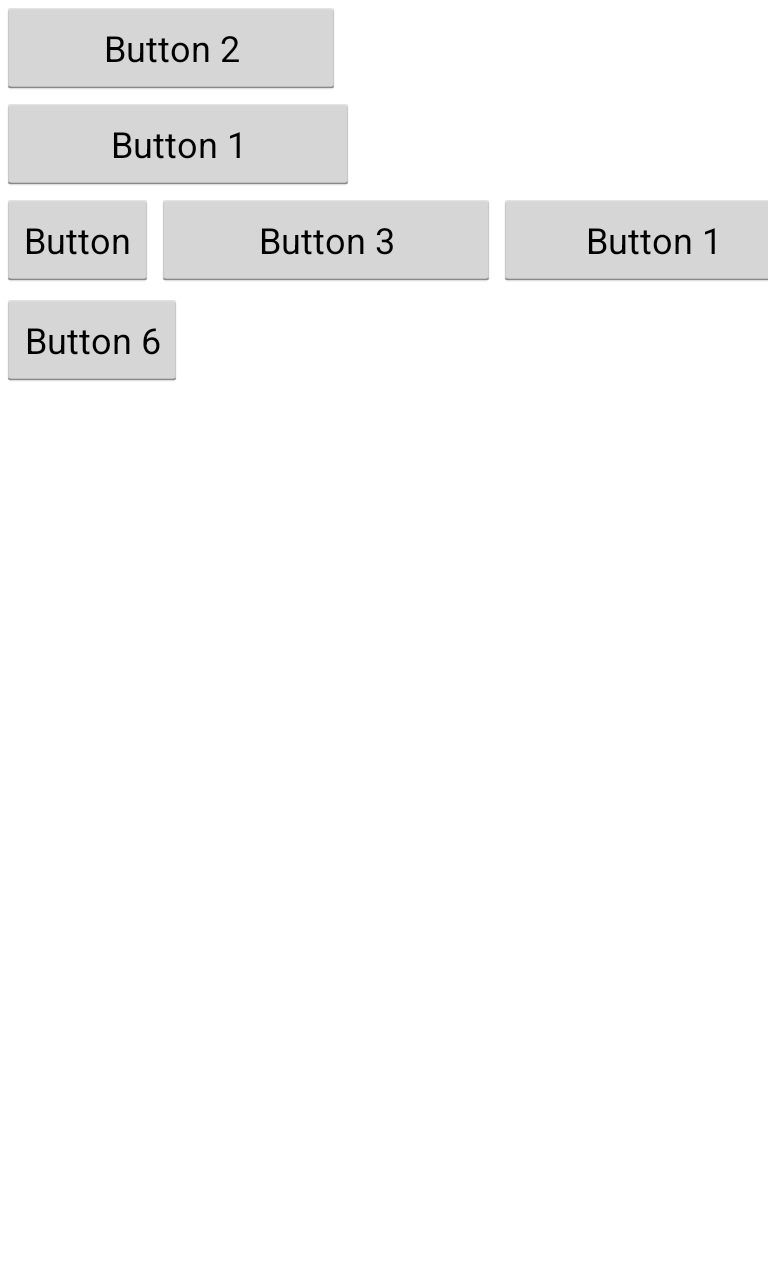
Repository: Lijianhao1995/Android
Layout: ActivityTest/res/layout/first_layout.xml
An editor plug-in stored every save of this project. The layout is shown before and after the next save, followed by the edit.
It is drawn on a 768 x 1280 px phone screen (xhdpi) without system bars, with theme AppTheme; the app's code is not run.

Above is the layout before, as saved 2015-04-26 08:06:55.

After the next save:
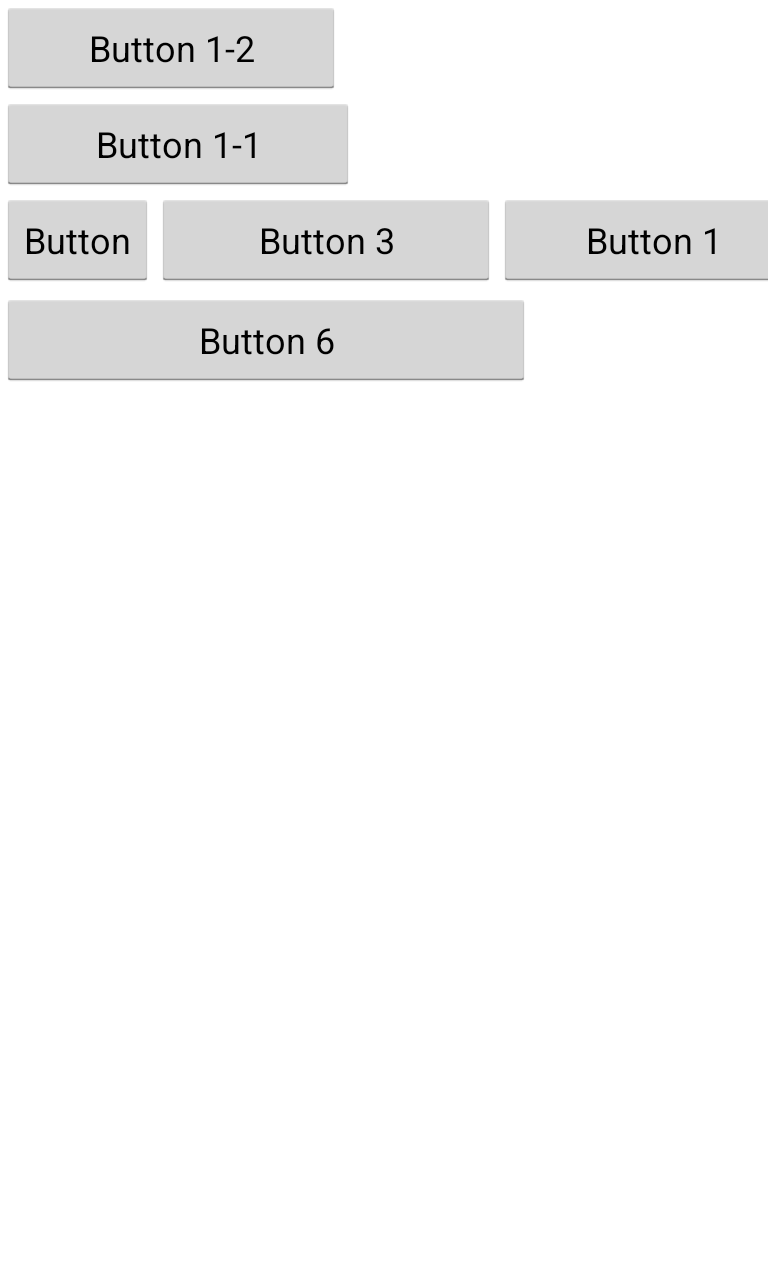
Saved 2 min 26 s later.
--- a/ActivityTest/res/layout/first_layout.xml
+++ b/ActivityTest/res/layout/first_layout.xml
@@ -7,22 +7,22 @@
     tools:context=".FirstActivity" >
 
     <Button
-        android:id="@+id/button_2"
+        android:id="@+id/button_1"
         android:layout_width="171dp"
         android:layout_height="wrap_content"
-        android:text="Button 2" />
+        android:text="Button 1-2" />
 
     <Button
-        android:id="@+id/button_1"
+        android:id="@+id/button_20"
         android:layout_width="178dp"
         android:layout_height="wrap_content"
-        android:text="Button 1" />
+        android:text="Button 1-1" />
 
     <LinearLayout
-    	android:layout_width="match_parent"
-    	android:layout_height="50dp"
-    	android:orientation="horizontal"
-    	tools:context=".FirstActivity" >
+        android:layout_width="match_parent"
+        android:layout_height="50dp"
+        android:orientation="horizontal"
+        tools:context=".FirstActivity" >
 
         <Button
             android:id="@+id/button1"
@@ -30,30 +30,28 @@
             android:layout_height="wrap_content"
             android:text="Button" />
 
-    	<Button
-        	android:id="@+id/button_3"
-       		android:layout_width="171dp"
-        	android:layout_height="wrap_content"
-        	android:text="Button 3" />
+        <Button
+            android:id="@+id/button_3"
+            android:layout_width="171dp"
+            android:layout_height="wrap_content"
+            android:text="Button 3" />
 
-   		<Button
-        	android:id="@+id/button_4"
-        	android:layout_width="156dp"
-        	android:layout_height="wrap_content"
-        	android:text="Button 1" />
+        <Button
+            android:id="@+id/button_4"
+            android:layout_width="156dp"
+            android:layout_height="wrap_content"
+            android:text="Button 1" />
+    </LinearLayout>
 
-	</LinearLayout>
+    <LinearLayout
+        android:layout_width="266dp"
+        android:layout_height="wrap_content" >
 
-	<LinearLayout
-	    android:layout_width="wrap_content"
-	    android:layout_height="50dp" >
-   		<Button
+        <Button
             android:id="@+id/button6"
-            android:layout_width="wrap_content"
+            android:layout_width="match_parent"
             android:layout_height="wrap_content"
             android:text="Button 6" />
-
-	</LinearLayout>
-
+    </LinearLayout>
 
 </LinearLayout>
